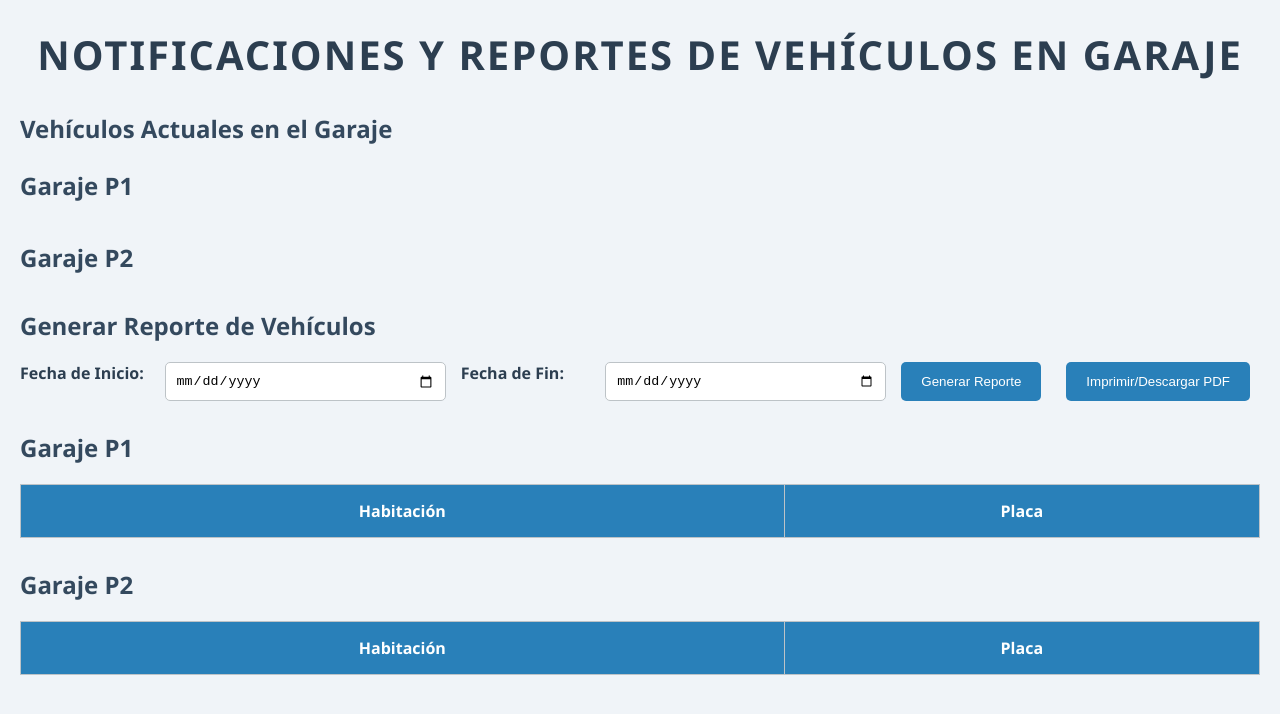
Repository: EddyWebz/REPOSITORIO-BASE-DATOS
Page: privado/report.html
These files come from the project's save history. The page is drawn as it stood at one moment and after the next save; the edit follows.
The browser window is 1280 px wide. The pictures show the whole page.
Empty fields were first filled with sample values (such as "Sample", 5 or name@example.com).
After loading, the first visible `#btn-imprimir` was clicked once.
The page's requests for data from a server got no answer.

Above is the page before, as saved 2024-08-15 10:53:06.

After the next save:
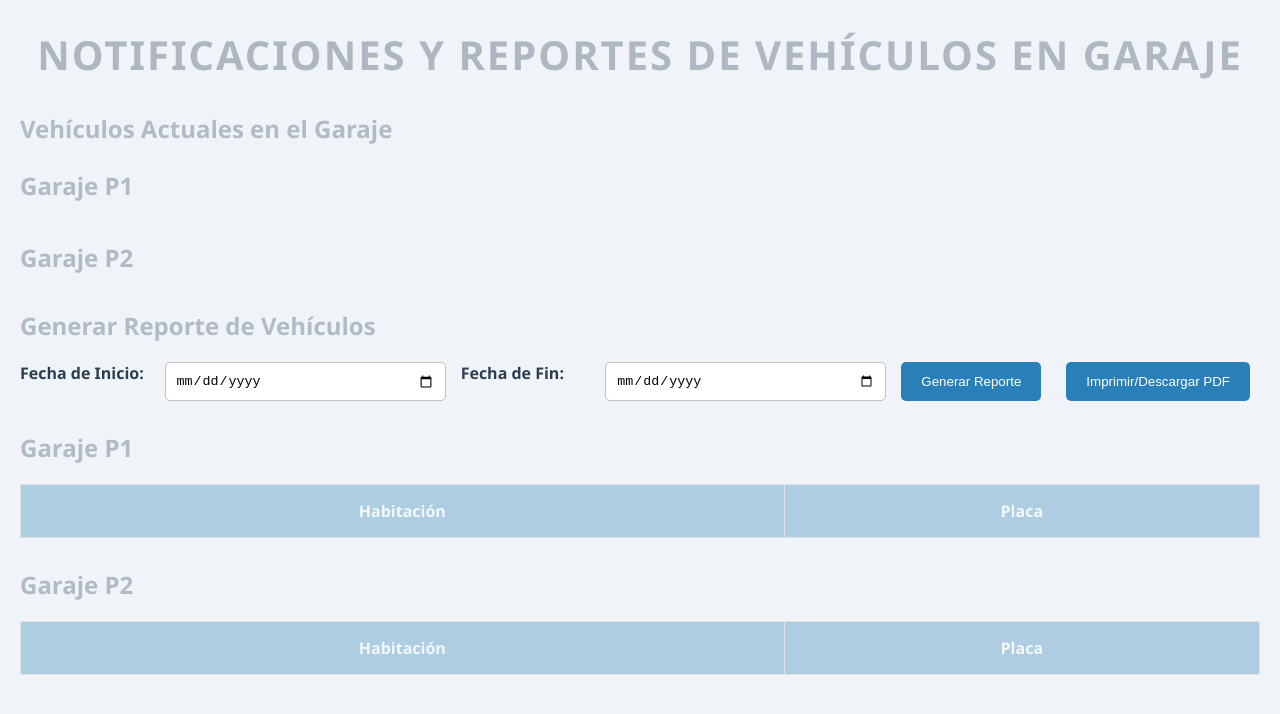
Saved 2 min 44 s later.
--- a/BASE-2/report.js
+++ b/BASE-2/report.js
@@ -106,12 +106,21 @@
 
 // Función para imprimir o descargar el reporte como PDF
 function imprimirReporte() {
-    const printContents = document.getElementById('reportes').innerHTML;  // Se actualizó para imprimir la sección correcta
-    const originalContents = document.body.innerHTML;
+    const reportesContainer = document.getElementById('reportes');
 
-    document.body.innerHTML = printContents;
+    if (reportesContainer.innerHTML.trim() === "") {
+        alert("Los datos aún no se han cargado. Por favor, espera un momento e inténtalo de nuevo.");
+        return;
+    }
 
-    window.print();
+    setTimeout(() => {
+        const printContents = reportesContainer.innerHTML;
+        const originalContents = document.body.innerHTML;
 
-    document.body.innerHTML = originalContents;
+        document.body.innerHTML = printContents;
+
+        window.print();
+
+        document.body.innerHTML = originalContents;
+    }, 1000);  // Espera de 1 segundo para asegurar que los datos se hayan cargado
 }

After the save that followed:
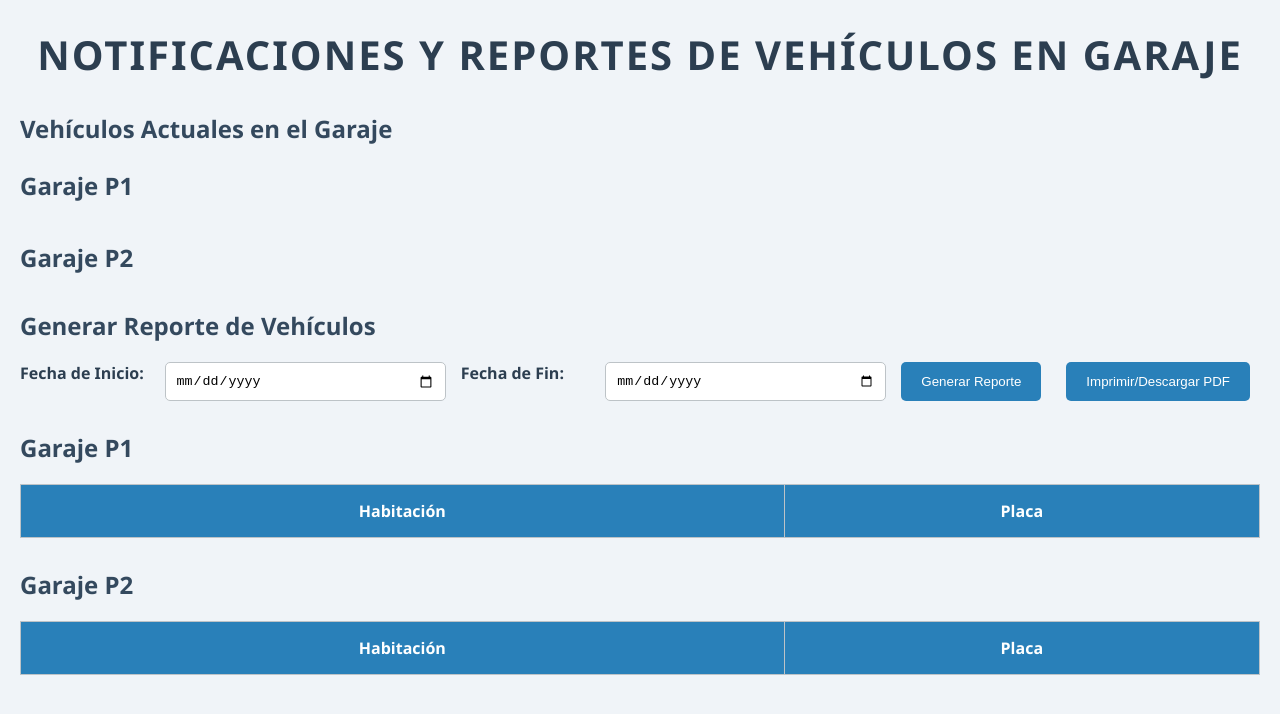
Saved 7 min 45 s later.
--- a/BASE-2/report.js
+++ b/BASE-2/report.js
@@ -106,21 +106,12 @@
 
 // Función para imprimir o descargar el reporte como PDF
 function imprimirReporte() {
-    const reportesContainer = document.getElementById('reportes');
+    const printContents = document.getElementById('form-reporte').innerHTML;  // Se actualizó para imprimir la sección correcta
+    const originalContents = document.body.innerHTML;
 
-    if (reportesContainer.innerHTML.trim() === "") {
-        alert("Los datos aún no se han cargado. Por favor, espera un momento e inténtalo de nuevo.");
-        return;
-    }
+    document.body.innerHTML = printContents;
 
-    setTimeout(() => {
-        const printContents = reportesContainer.innerHTML;
-        const originalContents = document.body.innerHTML;
+    window.print();
 
-        document.body.innerHTML = printContents;
-
-        window.print();
-
-        document.body.innerHTML = originalContents;
-    }, 1000);  // Espera de 1 segundo para asegurar que los datos se hayan cargado
+    document.body.innerHTML = originalContents;
 }
